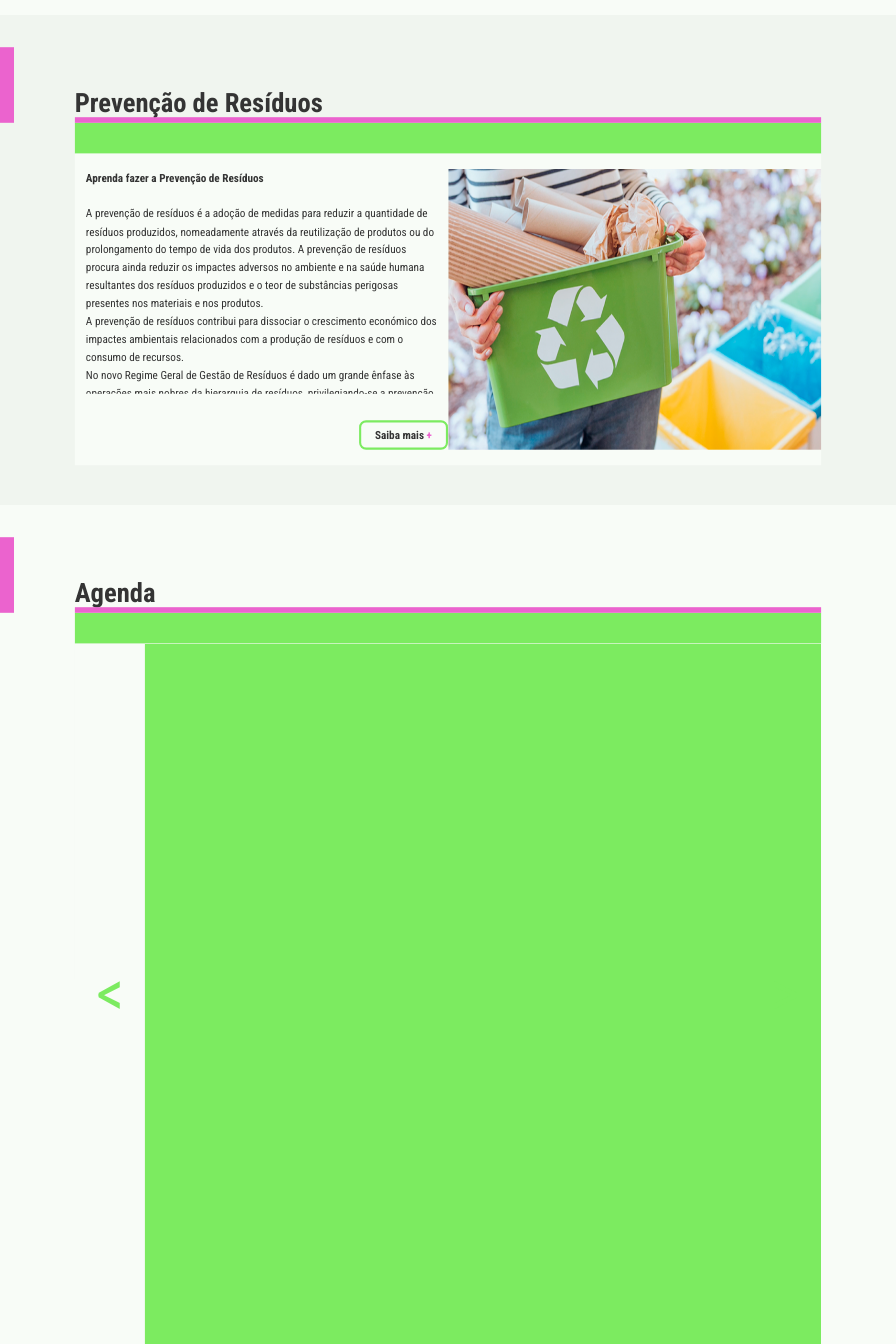
Repository: Goulart94/CmVilaFeliz
Page: index.html
These files come from the project's save history. The page is drawn as it stood at one moment and after the next save; the edit follows.
The browser window is 1280 px wide. The pictures show the part of the page from y = 3638 to 5558 px (the page is 5558 px tall before and 5060 px after), at 70% of full size.
The style sheet was rebuilt from its Sass, Less or Tailwind sources for each picture, by a compiler version that may differ from the author's.

Above is the page before, as saved 2022-05-16 12:35:19.

After the next save:
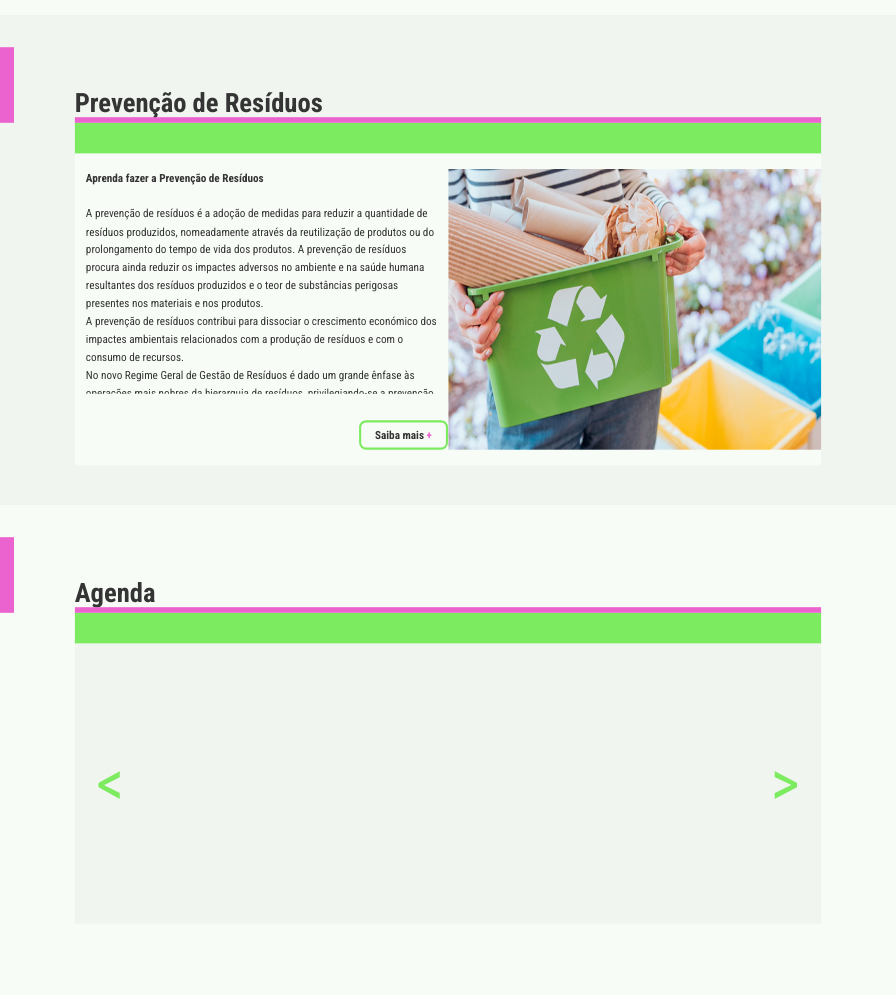
Saved 26 s later.
--- a/css/app.scss
+++ b/css/app.scss
@@ -483,12 +483,7 @@ body {
   width: 100%;
   background: #7CEB60;
 
-  .news{
-    max-width: 100px;
-    height: 200px;
-    background:  #F8FCF7;
-
-  }
+
 }
 
 .sliderTwo{
